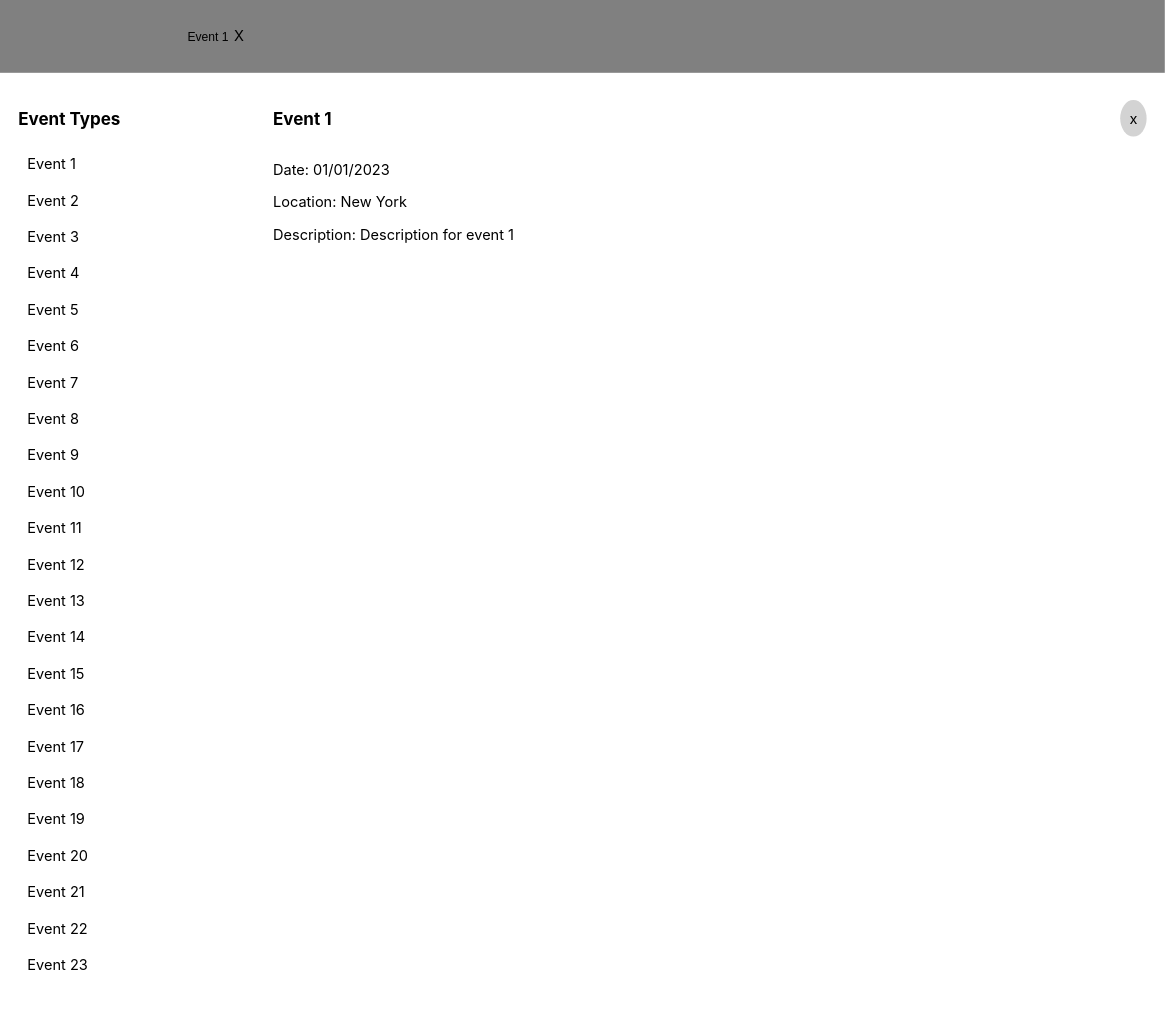
Repository: TauqeerHusain/Assignment
Page: /, after clicking the first element matching `li`
An editor plug-in stored every save of this project. The page is shown before and after the next save, followed by the edit.
The browser window is 1280 px wide. The pictures show the whole page, at 91% of full size.
The project was rebuilt for these pictures with package versions that can differ from the ones it lists, and the page was loaded fresh each time.

Above is the page before, as saved 2023-02-06 22:53:14.

### src/App.js
import React, { useState } from "react";

const events = [
  {
    name: "Event 1",
    date: "01/01/2023",
    location: "New York",
    description: "Description for event 1",
  },
  {
    name: "Event 2",
    date: "02/01/2023",
    location: "Los Angeles",
    description: "Description for event 2",
  },
  {
    name: "Event 3",
    date: "03/01/2023",
    location: "Chicago",
    description: "Description for event 3",
  },
  {
    name: "Event 4",
    date: "04/01/2023",
    location: "Houston",
    description: "Description for event 4",
  },
  {
    name: "Event 5",
    date: "01/02/2023",
    location: "India",
    description: "Description for event 5",
  },
  {
    name: "Event 6",
    date: "01/08/2023",
    location: "Pakistan",
    description: "Description for event 6",
  },
  {
    name: "Event 7",
    date: "01/01/2023",
    location: "New York",
    description: "Description for event 7",
  },
  {
    name: "Event 8",
    date: "06/01/2023",
    location: "New York",
    description: "Description for event 8",
  },
  {
    name: "Event 9",
    date: "09/01/2023",
    location: "New York",
    description: "Description for event 9",
  },
  {
    name: "Event 10",
    date: "01/01/2023",
    location: "New York",
    description: "Description for event 10",
  },
  {
    name: "Event 11",
    date: "01/01/2023",
    location: "New York",
    description: "Description for event 11",
  },
  {
    name: "Event 12",
    date: "01/01/2023",
    location: "New York",
    description: "Description for event 12",
  },
  {
    name: "Event 13",
    date: "01/01/2023",
    location: "New York",
    description: "Description for event 13",
  },
  {
    name: "Event 14",
    date: "01/01/2023",
    location: "New York",
    description: "Description for event 14",
  },
  {
    name: "Event 15",
    date: "01/01/2023",
    location: "New York",
    description: "Description for event 15",
  },
  {
    name: "Event 16",
    date: "01/01/2023",
    location: "New York",
    description: "Description for event 16",
  },
  {
    name: "Event 17",
    date: "01/01/2023",
    location: "New York",
    description: "Description for event 17",
  },
  {
    name: "Event 18",
    date: "01/01/2023",
    location: "New York",
    description: "Description for event 18",
  },
  {
    name: "Event 19",
    date: "01/01/2023",
    location: "New York",
    description: "Description for event 19",
  },
  {
    name: "Event 20",
    date: "01/01/2023",
    location: "New York",
    description: "Description for event 20",
  },
  {
    name: "Event 21",
    date: "01/01/2023",
    location: "New York",
    description: "Description for event 21",
  },
  {
    name: "Event 22",
    date: "01/01/2023",
    location: "New York",
    description: "Description for event 22",
  },
  {
    name: "Event 23",
    date: "01/01/2023",
    location: "New York",
    description: "Description for event 23",
  },
];

const App = () => {
  const [openTabs, setOpenTabs] = useState([]);
  const [activeTabId, setActiveTabId] = useState("");

  const [selectedEvent, setSelectedEvent] = useState(null);

  const handleCloseTab = () => {
    setSelectedEvent(null);
  };

  return (
    <>
      <nav>
        <div
          style={{
            paddingLeft: 200,
            height: 80,
            background: "gray",
            display: "flex",
            columnGap: 30,
            alignItems: "center",
          }}
        >
          {openTabs.map((item) => (
            <div>
              <button
                style={{
                  height: 25,
                  background: "transparent",
                  border: 0,
                  margin: 0,
                }}
                onClick={() => {}}
              >
                {item}
              </button>
              <span>X</span>
            </div>
          ))}
        </div>
      </nav>
      <div style={{ display: "flex" }}>
        <div style={{ width: "20%", padding: "20px" }}>
          <h3>Event Types</h3>
          <ul style={{ listStyleType: "none", padding: 0 }}>
            {events.map((event) => (
              <li
                key={event.name}
                style={{ padding: "10px", cursor: "pointer" }}
                onClick={() => {
                  setOpenTabs((prev) =>
                    prev.length > 0 ? [...prev, event.name] : [event.name]
                  );
                  setSelectedEvent(event);
                }}
              >
                {event.name}
              </li>
            ))}
          </ul>
        </div>
        {selectedEvent && (
          <div style={{ width: "80%", padding: "20px" }}>
            <div
              style={{
                display: "flex",
                justifyContent: "space-between",
                alignItems: "center",
              }}
            >
              <h3>{selectedEvent.name}</h3>
              <div
                style={{
                  display: "inline-block",
                  padding: "10px",
                  backgroundColor: "lightgray",
                  borderRadius: "50%",
                  cursor: "pointer",
                }}
                onClick={handleCloseTab}
                onMouseEnter={() => {
                  console.log("Mouse entered");
                }}
                onMouseLeave={() => {
                  console.log("Mouse left");
                }}
              >
                x
              </div>
            </div>
            <p>Date: {selectedEvent.date}</p>
            <p>Location: {selectedEvent.location}</p>
            <p>Description: {selectedEvent.description}</p>
          </div>
        )}
      </div>
    </>
  );
};

export default App;

Loaded but not shown: public/index.html (common file); src/index.js (common file); src/index.css (common file); src/reportWebVitals.js (common file)

After the next save:
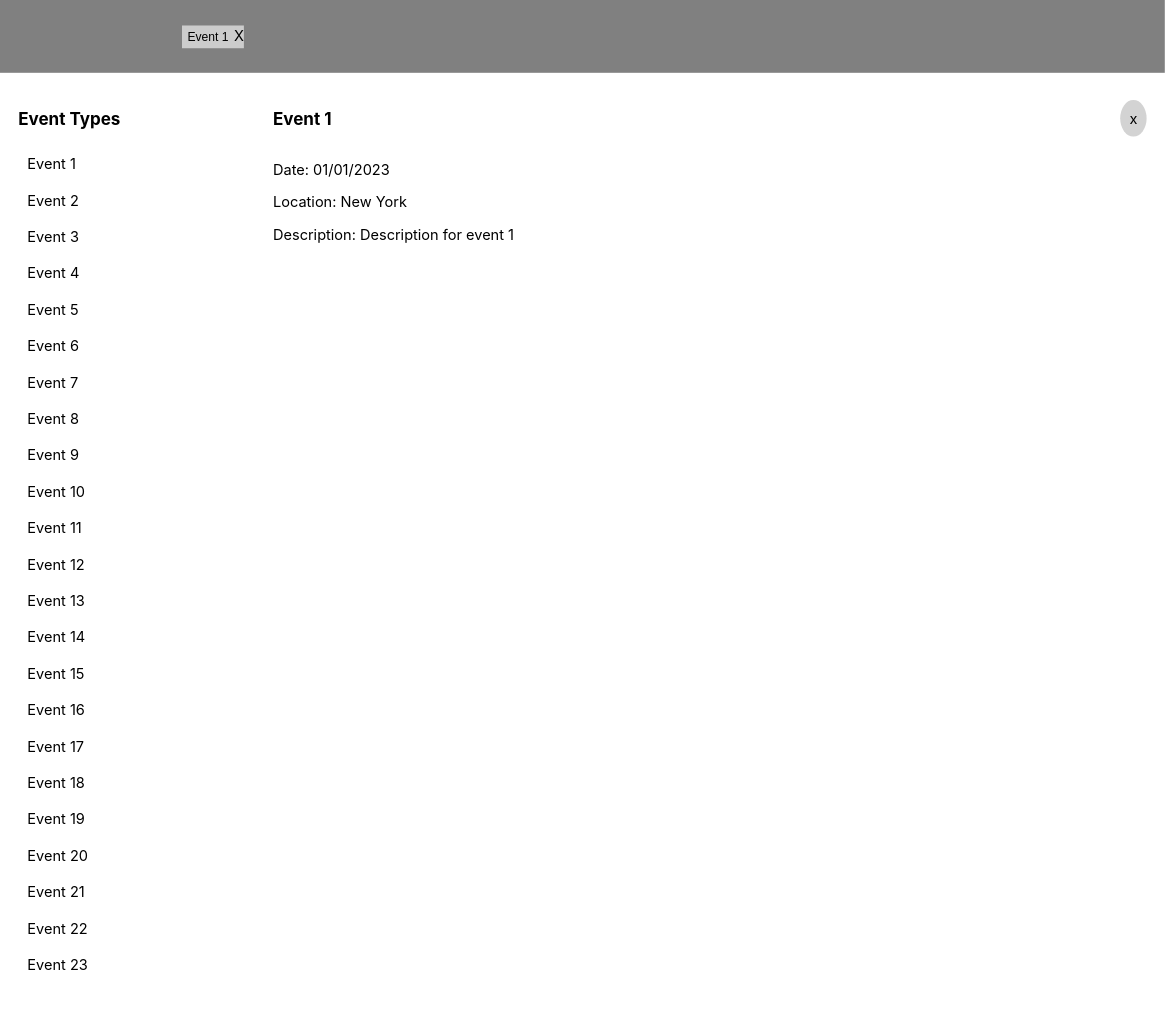
Saved 12 s later.
--- a/src/App.js
+++ b/src/App.js
@@ -165,7 +165,7 @@ const App = () => {
           }}
         >
           {openTabs.map((item) => (
-            <div>
+            <div style={{ backgroundColor: "#ccc" }}>
               <button
                 style={{
                   height: 25,
